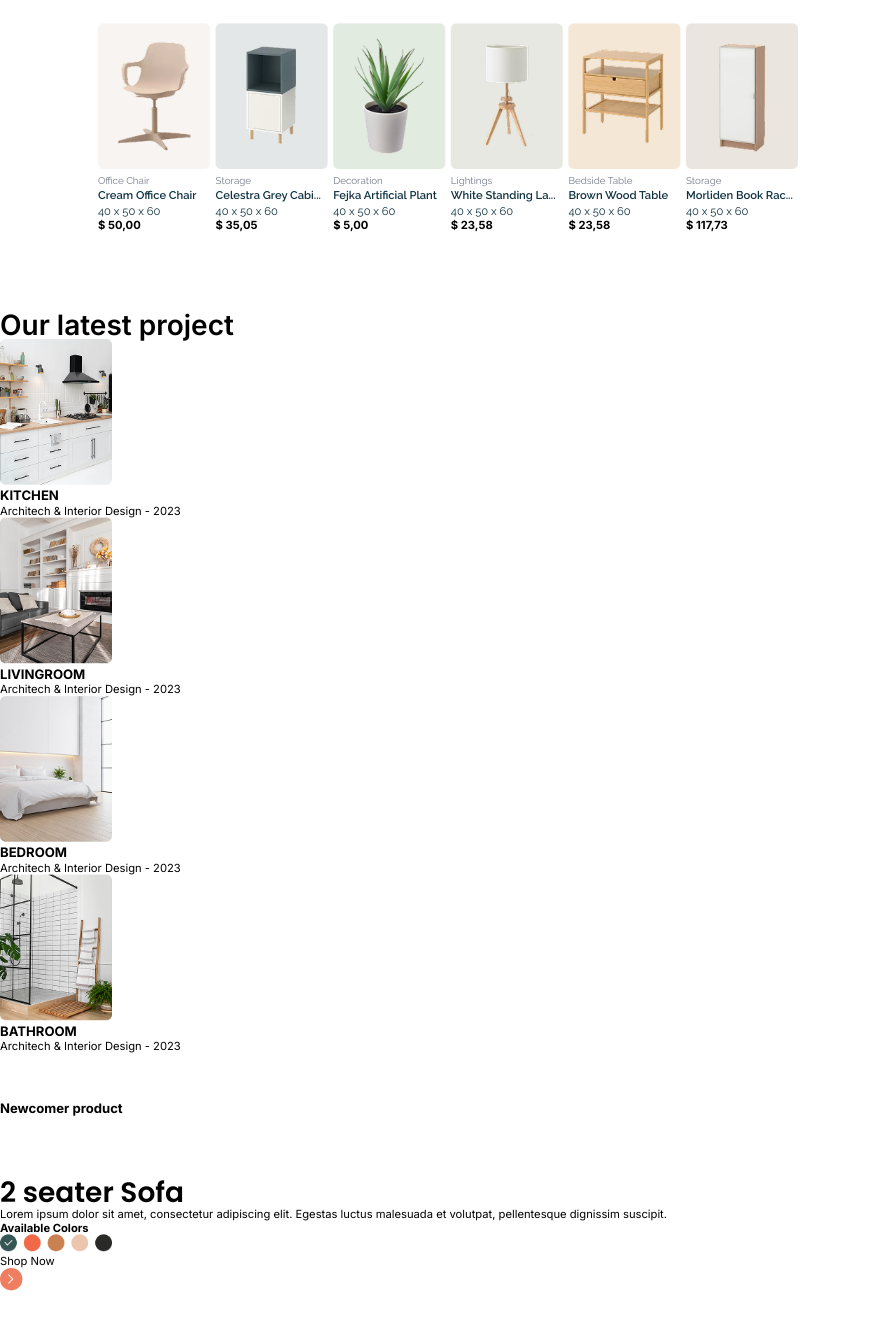
Repository: MatheusEich15/FrontEnd
Page: Prova 1 FrontEnd/Prova 1 FrontEnd/index.html
An editor plug-in stored every save of this project. The page is shown before and after the next save, followed by the edit.
The browser window is 1280 px wide. The pictures show the part of the page from y = 1939 to 3859 px (the page is 4805 px tall before and 4799 px after), at 70% of full size.

Above is the page before, as saved 2026-03-12 14:20:58.

After the next save:
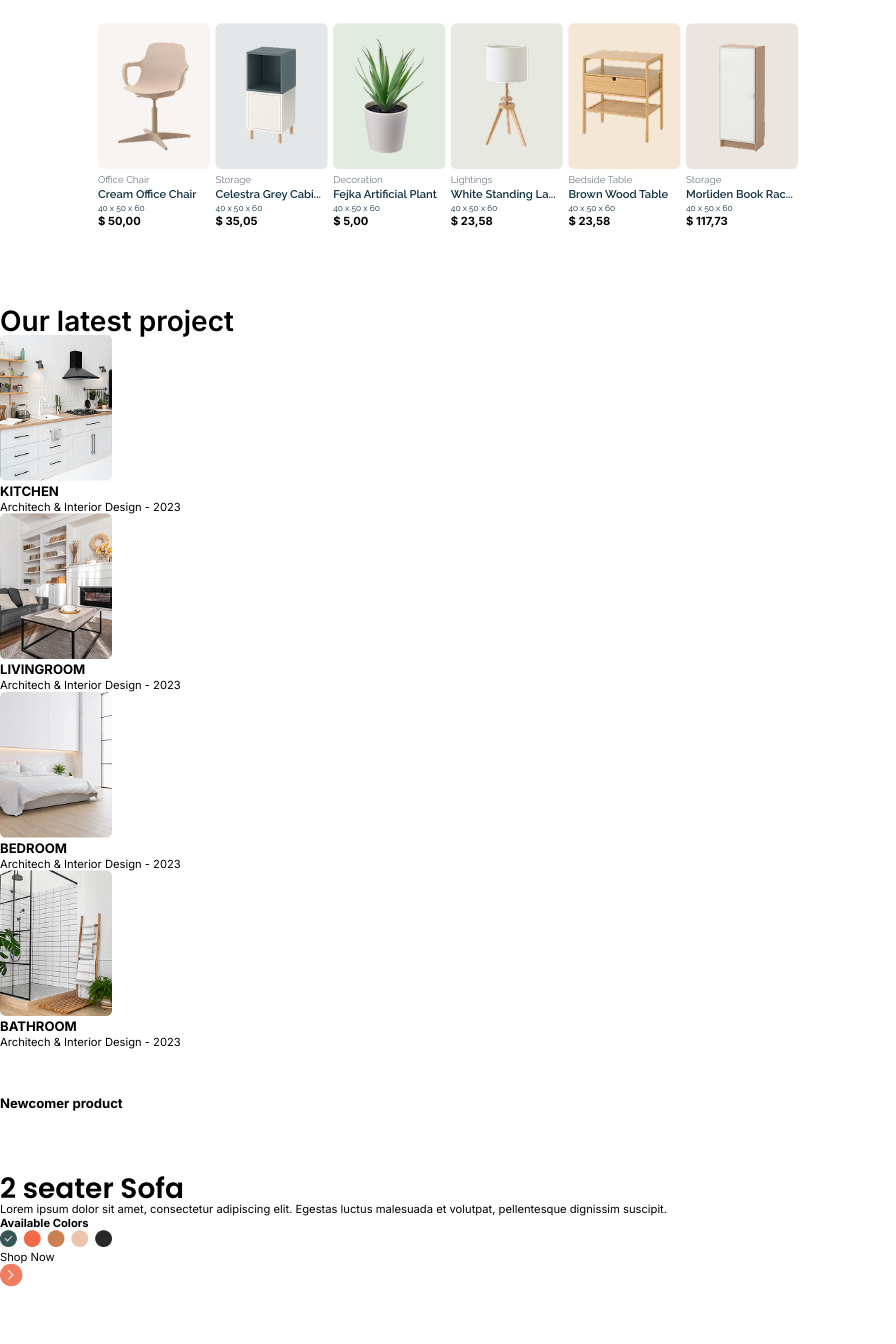
Saved 5 s later.
--- a/Prova 1 FrontEnd/Prova 1 FrontEnd/style.css
+++ b/Prova 1 FrontEnd/Prova 1 FrontEnd/style.css
@@ -244,7 +244,7 @@ header {
     font-family: var(--i-font);
     color: var(--blue);
     font-weight: 400;
-    font-size: 2;
-    line-height: 100%;
-    letter-spacing: 1%;
-}
+    font-size: 0.75rem;
+    line-height: 100%;
+    letter-spacing: 1%;
+}
